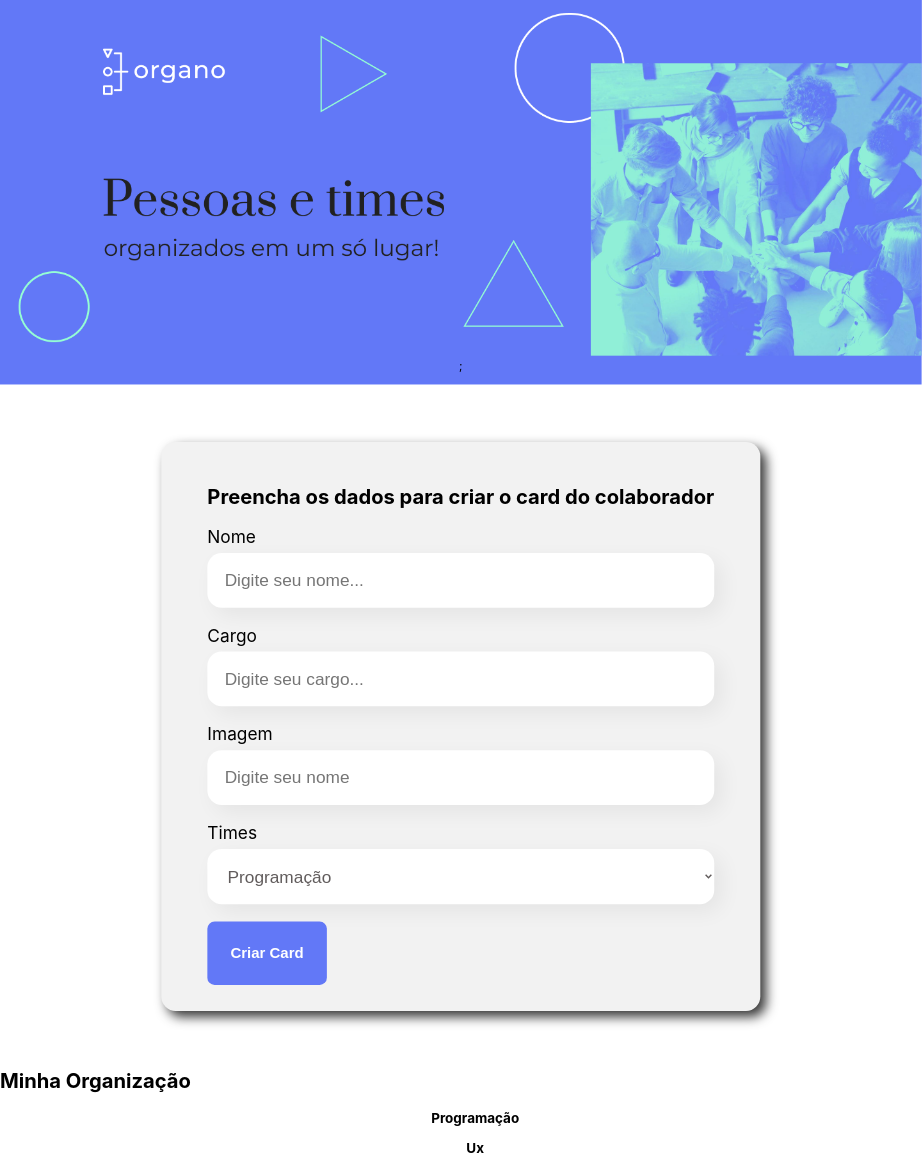
Repository: guilhermecardoso93/organo
Page: /
These files come from the project's save history. The page is drawn as it stood at one moment and after the next save; the edit follows.
The browser window is 1280 px wide. The pictures show the whole page, at 72% of full size.
The project was rebuilt for these pictures with package versions that can differ from the ones it lists, and the page was loaded fresh each time.

Above is the page before, as saved 2024-05-26 19:04:52.

After the next save:
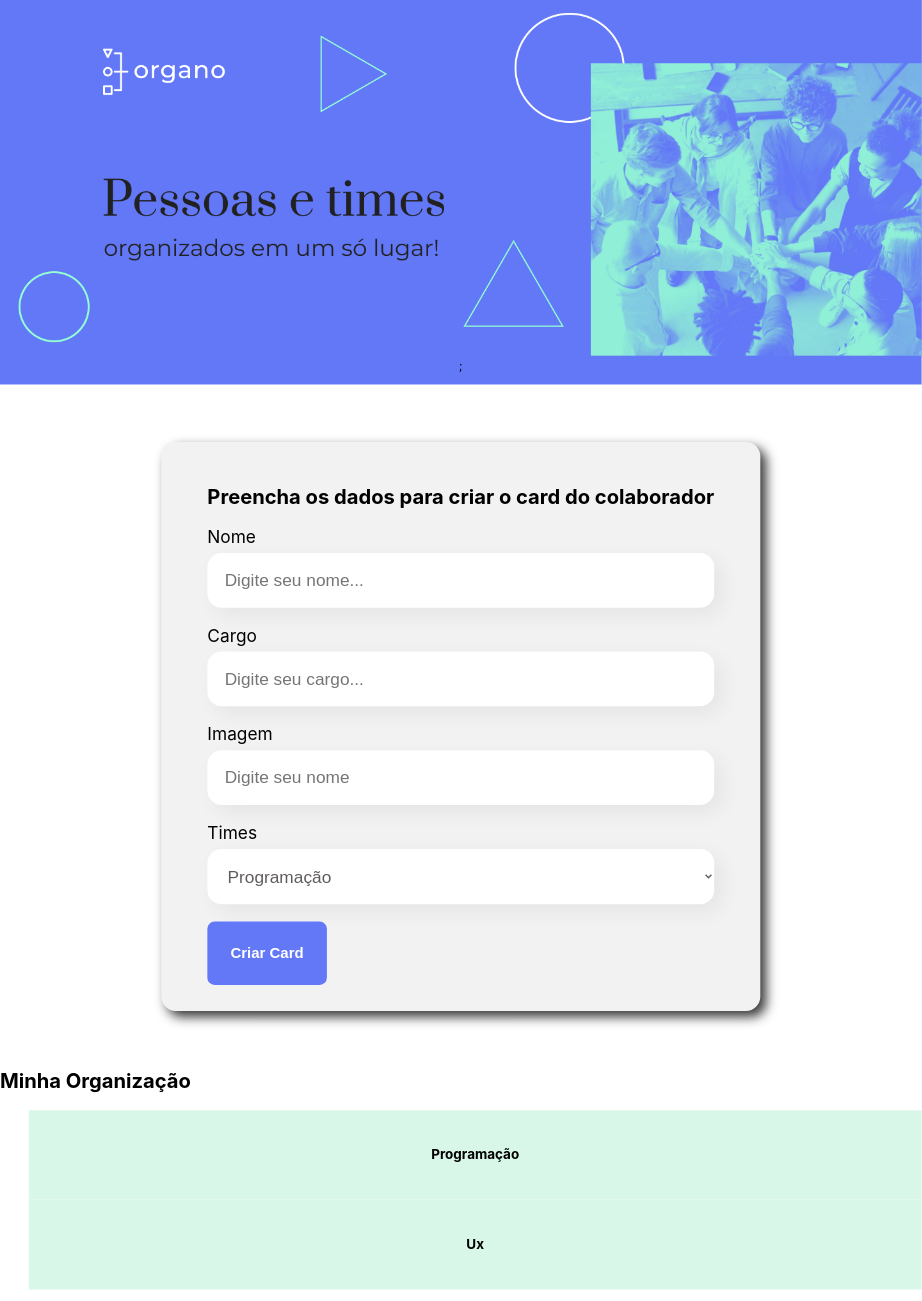
Saved 16 s later.
--- a/src/components/Times/components/Time/styles.css
+++ b/src/components/Times/components/Time/styles.css
@@ -1,3 +1,5 @@
 .time-container {
   text-align: center;
+  padding: 32px;
+  background-color: #d9f7e9;
 }
